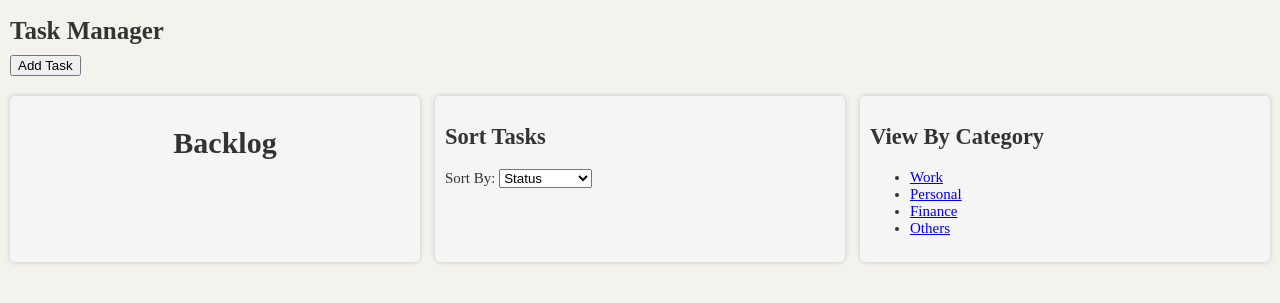
Repository: n-shen/task-tracker
Page: / (app in frontend/)
These files come from the project's save history. The page is drawn as it stood at one moment and after the next save; the edit follows.
The browser window is 1280 px wide. The pictures show the whole page.
The project was rebuilt for these pictures with package versions that can differ from the ones it lists, and the page was loaded fresh each time. Also part of the build but not shown: frontend/src/components/taskManager/addTask.jsx, frontend/src/components/tasks/task.jsx, frontend/src/components/taskManager/categoryTasks.jsx. Imported but missing from the stored project, and not drawn on this page: frontend/src/reportWebVitals.

Above is the page before, as saved 2023-04-20 13:29:26.

### frontend/public/index.html
<!DOCTYPE html>
<html lang="en">
  <head>
    <meta charset="utf-8" />
    <link rel="icon" href="%PUBLIC_URL%/favicon.ico" />
    <meta name="viewport" content="width=device-width, initial-scale=1" />
    <meta name="theme-color" content="#000000" />
    <meta
      name="description"
      content="Web site created using create-react-app"
    />
    <link rel="apple-touch-icon" href="%PUBLIC_URL%/logo192.png" />
    <!--
      manifest.json provides metadata used when your web app is installed on a
      user's mobile device or desktop. See https://developers.google.com/web/fundamentals/web-app-manifest/
    -->
    <link rel="manifest" href="%PUBLIC_URL%/manifest.json" />
    <!--
      Notice the use of %PUBLIC_URL% in the tags above.
      It will be replaced with the URL of the `public` folder during the build.
      Only files inside the `public` folder can be referenced from the HTML.

      Unlike "/favicon.ico" or "favicon.ico", "%PUBLIC_URL%/favicon.ico" will
      work correctly both with client-side routing and a non-root public URL.
      Learn how to configure a non-root public URL by running `npm run build`.
    -->
    <title>Task Tracker App</title>
  </head>
  <body>
    <noscript>You need to enable JavaScript to run this app.</noscript>
    <div id="root"></div>
    <!--
      This HTML file is a template.
      If you open it directly in the browser, you will see an empty page.

      You can add webfonts, meta tags, or analytics to this file.
      The build step will place the bundled scripts into the <body> tag.

      To begin the development, run `npm start` or `yarn start`.
      To create a production bundle, use `npm run build` or `yarn build`.
    -->
  </body>
</html>

### frontend/src/index.js
import React from "react";
import ReactDOM from "react-dom/client";
import "./styles/index.css";
import App from "./App";
import reportWebVitals from "./reportWebVitals";
import { BrowserRouter } from "react-router-dom";

const root = ReactDOM.createRoot(document.getElementById("root"));
root.render(
  <React.StrictMode>
    <BrowserRouter>
      <App />
    </BrowserRouter>
  </React.StrictMode>
);

// If you want to start measuring performance in your app, pass a function
// to log results (for example: reportWebVitals(console.log))
// or send to an analytics endpoint. Learn more: https://bit.ly/CRA-vitals
reportWebVitals();

### frontend/src/styles/index.css
body {
  margin: 0;
  font-family: -apple-system, BlinkMacSystemFont, 'Segoe UI', 'Roboto', 'Oxygen',
    'Ubuntu', 'Cantarell', 'Fira Sans', 'Droid Sans', 'Helvetica Neue',
    sans-serif;
  -webkit-font-smoothing: antialiased;
  -moz-osx-font-smoothing: grayscale;
  background-color: #f2f5f5;
}

code {
  font-family: source-code-pro, Menlo, Monaco, Consolas, 'Courier New',
    monospace;
}

html {
  font-size: 62.5%;
}

### frontend/src/App.js
import React from "react";
import TaskManager from "./components/taskManager/manager";


function App() {
  return (
    <div className="App">
      <TaskManager />
    </div>
  );
}

export default App;

### frontend/src/components/taskManager/manager.jsx
import React, { useState, useEffect } from "react";
import AddTaskForm from "./addTask";
import TaskList from "../tasks/taskLists";
import SortTasks from "./sortTasks";
import ViewByCategory from "./viewByCategory";
import CategoryTask from "./categoryTasks";
import { Routes, Route } from "react-router-dom";
import "../../styles/manager.css";

const TaskManager = () => {
  const [tasks, setTasks] = useState(
    JSON.parse(localStorage.getItem("tasks")) || []
  );
  const [showAddTask, setShowAddTask] = useState(false);

  useEffect(() => {
    localStorage.setItem("tasks", JSON.stringify(tasks));
  }, [tasks]);

  const handleAddTask = (task) => {
    setTasks([...tasks, task]);
    setShowAddTask(false);
  };

  const handleShowAddTask = () => {
    setShowAddTask(true);
  };

  const handleHideAddTask = () => {
    setShowAddTask(false);
  };

  const handleDeleteTask = (index) => {
    const newTasks = [...tasks];
    newTasks.splice(index, 1);
    setTasks(newTasks);
  };

  const handleEditTask = (index, newTask) => {
    const newTasks = [...tasks];
    newTasks[index] = newTask;
    setTasks(newTasks);
  };

  return (
    <div className="taskManager">
      <div className="taskManager--wrapper">
        <h1 className="taskManager--title">Task Manager</h1>
          <div className="taskManager--addTask">
            <div className="taskManager--addTask__btn">
              <button onClick={handleShowAddTask} className="addTask-btn">
                Add Task
              </button>
            </div>
            <div className="taskManager--addTask__container">
              {showAddTask && (
                <AddTaskForm
                  onAdd={handleAddTask}
                  onHideAddTask={handleHideAddTask}
                />
              )}
            </div>
          </div>
          <div className="taskManager--grid">
          <div className="taskManager--taskList">
            <TaskList
              tasks={tasks}
              onDelete={handleDeleteTask}
              onEdit={handleEditTask}
            />
          </div>
          <div className="taskManager--sort">
            <SortTasks tasks={tasks} />
          </div>
          <div className="taskManager--view">
            <Routes>
              <Route path="/" element={<ViewByCategory tasks={tasks} />} />
              <Route
                path="/category/:category"
                element={<CategoryTask tasks={tasks} />}
              />
            </Routes>
          </div>
        </div>
      </div>
    </div>
  );
};

export default TaskManager;

### frontend/src/components/tasks/taskLists.jsx

import React from "react";
import Task from "./task";
import "../../styles/taskList.css";

const TaskList = ({ tasks, onDelete, onEdit }) => {
  return (
    <div className="taskList">
      <h1 className="taskList--head">Backlog</h1>
      {tasks.map((task, index) => (
        <Task
          key={index}
          index={index}
          task={task}
          onDelete={onDelete}
          onEdit={onEdit}
        />
      ))}
    </div>
  );
};

export default TaskList;

### frontend/src/components/taskManager/sortTasks.jsx
import { React, useState } from "react";

const SortTask = ({ tasks }) => {
  const [sortBy, setSortBy] = useState("status");

  const sortedTasks =
    tasks?.slice().sort((a, b) => {
      switch (sortBy) {
        case "title":
          return a.title.localeCompare(b.title);
        case "status":
          return a.status.localeCompare(b.status);
        case "dateAdded":
          return new Date(a.dateAdded) - new Date(b.dateAdded);
        case "dueDate":
          return new Date(a.dueDate) - new Date(b.dueDate);
        case "category":
          return a.category.localeCompare(b.category);
        default:
          return 0;
      }
    }) || [];

  const handleSortBy = (e) => {
    setSortBy(e.target.value);
  };

  return (
    <div>
      <h2>Sort Tasks</h2>
      <div>
        <label htmlFor="sort">Sort By: </label>
        <select name="sort" value={sortBy} onChange={handleSortBy}>
          <option value="title">Title</option>
          <option value="status">Status</option>
          <option value="dateAdded">Date Added</option>
          <option value="dueDate">Due Date</option>
        </select>
      </div>
      <div>
        <ul>
          {sortedTasks.map((task, index) => (
            <li key={index}>
              <h4>{task.title}</h4>
              <p>{task.description}</p>
              <p>Status: {task.status}</p>
              <p>Date Added: {task.dateAdded}</p>
              <p>Due Date: {task.dueDate}</p>
              <p>Category: {task.category}</p>
            </li>
          ))}
        </ul>
      </div>
    </div>
  );
};

export default SortTask;

### frontend/src/components/taskManager/viewByCategory.jsx
import React from "react";
import { Link, useParams } from "react-router-dom";

const ViewByCategory = ({ tasks }) => {
  const categories = ["Work", "Personal", "Finance", "Others"];
  const { category } = useParams();

  const tasksByCategory = (category) => {
    return tasks.filter((task) => task.category === category);
  };

  return (
    <div>
      <h2>View By Category</h2>
      <ul>
        {categories.map((categoryName) => (
          <li key={categoryName}>
            <Link to={`/category/${categoryName}`}>
              {categoryName}
            </Link>
          </li>
        ))}
      </ul>
      {category && (
        <div>
          <h3>{category}</h3>
          <ul>
            {tasksByCategory(category).map((task, index) => (
              <li key={index}>
                <div>Title: {task.title}</div>
                <div>Description: {task.description}</div>
                <div>Status: {task.status}</div>
                <div>Due Date: {task.dueDate}</div>
                <div>Category: {task.category}</div>
              </li>
            ))}
          </ul>
        </div>
      )}
    </div>
  );
};

export default ViewByCategory;

### frontend/src/styles/manager.css
.taskManager {
    background-color: #f3f2ed;
    width: 100vw;
    min-height: 100vh;
    display: flex;
    flex-direction: column;
    font-family: 'Fira Sans';
    font-size: 1.5rem;
    font-weight: 400;
    color: #333;
}

.taskManager--wrapper {
    padding: 0 1rem;
}

.taskManager--title {
    font-size: 2.5rem;
    font-weight: 700;
    margin-bottom: 1rem;
}

.taskManager--grid {
    display: grid;
    grid-template-columns: repeat(3, minmax(min-content, 1fr));
    grid-gap: 1.5rem;
    width: 100%;
    padding-top: 2rem;
}

.taskManager--grid > div {
    background-color: 	#F5F5F5;
    border-radius: 0.5rem;
    padding: 1rem;
    box-shadow: 0 0 0.5rem rgba(0, 0, 0, 0.2);
}

### frontend/src/styles/taskList.css
.taskList {
  display: flex;
  flex-direction: column;
  align-items: flex-start;
  width: 100%;
  height: 100%;
  padding: 0 1rem;
}

.taskList--head {
  align-self: center;
}

After the next save:
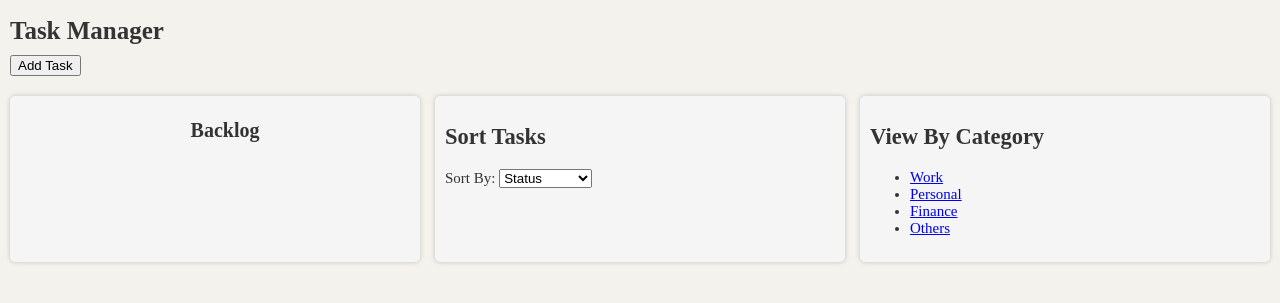
Saved 30 s later.
--- a/frontend/src/styles/taskList.css
+++ b/frontend/src/styles/taskList.css
@@ -9,4 +9,6 @@
 
 .taskList--head {
   align-self: center;
+  font-size: 2rem;
+  font-weight: 700;
 }
